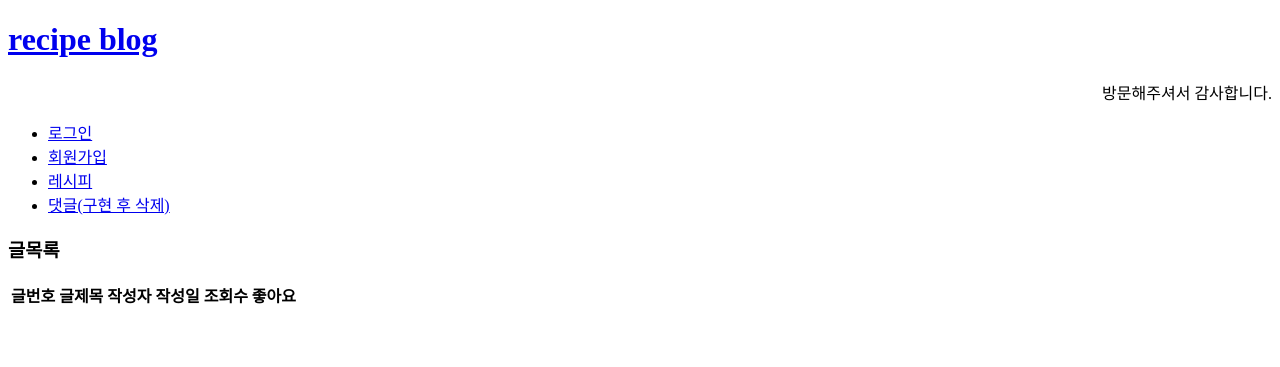
Repository: jeong-hyeran/recipe
Page: http://localhost/recipe/WEB-INF/views/board/list.jsp
The author's editor kept a copy of each file at every save. The page is drawn from the files as they stood at one save, then again after the next save.
The browser window is 1280 px wide. The pictures show the whole page.
The page is served by Tomcat 9. Nobody is signed in. Other server files are loaded and not shown. The template is opened directly, without the code that normally fills it, so the values that code supplies are empty.

Above is the page before, as saved 2023-09-26 04:33:16.

### recipe_project/recipe/src/main/webapp/WEB-INF/views/board/list.jsp
<%@ page language="java" contentType="text/html; charset=UTF-8"
    pageEncoding="UTF-8"%>
<%@ include file="../header.jsp" %>
<div id="boardList">
<h3>글목록</h3>

<table>
	<thead>
		<tr>
			<th>글번호</th>
			<th>글제목</th>
			<th>작성자</th>
			<th>작성일</th>
			<th>조회수</th>
			<th>좋아요</th>
		</tr>
	</thead>
	<tbody>
		<c:forEach var="dto" items="${list }">
			<tr>
				<td>${dto.idx }</td>
				<td>${dto.title }</td>
				<td>${dto.member_username }</td>
				<td>${dto.wdate }</td>
				<td>${dto.viewCount }</td>
				<td>${dto.likeCount }</td>
			</tr>
		</c:forEach>
	</tbody>
</table>

</div>
</body>
</html>

### recipe_project/recipe/src/main/webapp/WEB-INF/views/header.jsp
<%@ page language="java" contentType="text/html; charset=UTF-8"
    pageEncoding="UTF-8"%>
<%@ taglib prefix="c" uri="http://java.sun.com/jsp/jstl/core" %>
<%@ taglib prefix="fmt" uri="http://java.sun.com/jsp/jstl/fmt" %>
<%@ taglib prefix="fn" uri="http://java.sun.com/jsp/jstl/functions" %>
<c:set var="cpath" value="${pageContext.request.contextPath }"/>
<!DOCTYPE html>
<html>
<head>
<meta charset="UTF-8">
<title>recipe</title>
</head>
<body>
<h1><a href="${cpath }">recipe blog</a></h1>
<p align="right">
<c:if test="${empty login }">
	방문해주셔서 감사합니다.
</c:if>
<c:if test="${not empty login }">
	${login.userid } [${login.username }님]
</c:if>
</p>
<header>
	<nav>
		<ul>
			<c:if test="${empty login }">
				<li><a href="${cpath }/member/login">로그인</a></li>
				<li><a href="${cpath }/member/join">회원가입</a></li>
			</c:if>
			<c:if test="${not empty login }">
				<li><a href="${cpath }/member/logout">로그아웃</a></li>
				<li><a href="${cpath }/member/mypage">My Page</a></li>
			</c:if>
			<c:if test="${not empty login }">
				<li><a href="${cpath }/board/write">글작성</a></li>
				<!-- 드랍 메뉴 구현 할 수도? -->
			</c:if>
				<li><a href="${cpath }/board/list">레시피</a></li>
				<li><a href="${cpath }/review/list">댓글(구현 후 삭제)</a></li>
		</ul>
	</nav>
</header>

After the next save:
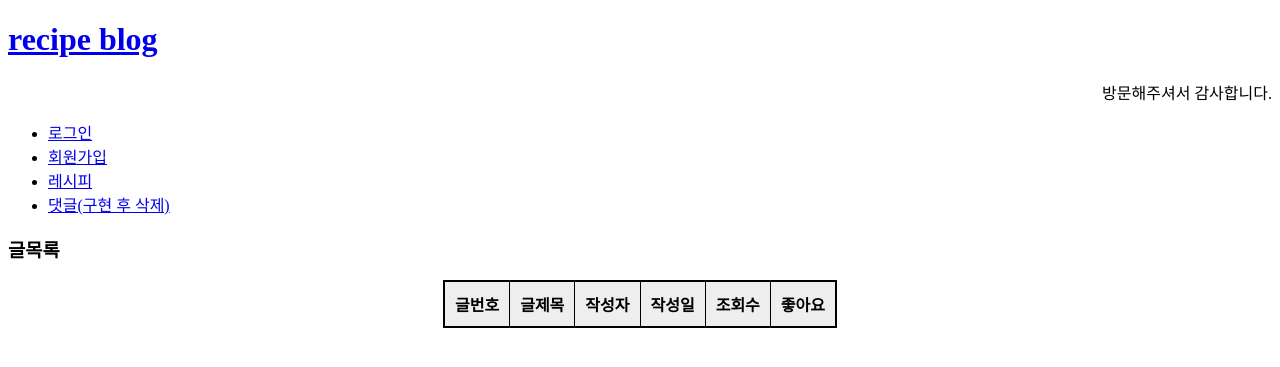
Saved 7 min 59 s later.
--- a/recipe_project/recipe/src/main/webapp/WEB-INF/views/header.jsp
+++ b/recipe_project/recipe/src/main/webapp/WEB-INF/views/header.jsp
@@ -9,6 +9,24 @@
 <head>
 <meta charset="UTF-8">
 <title>recipe</title>
+<style>
+
+	table{
+		border : 2px solid black;
+		border-collapse: collapse;
+		margin: 10px auto;
+		padding: 10px;
+	}
+	th{
+		background-color: #eee;
+		border: 1px solid black;
+		padding: 10px;
+	}
+	th{
+		border: 1px solid black;
+		padding: 10px;
+	}
+</style>
 </head>
 <body>
 <h1><a href="${cpath }">recipe blog</a></h1>
